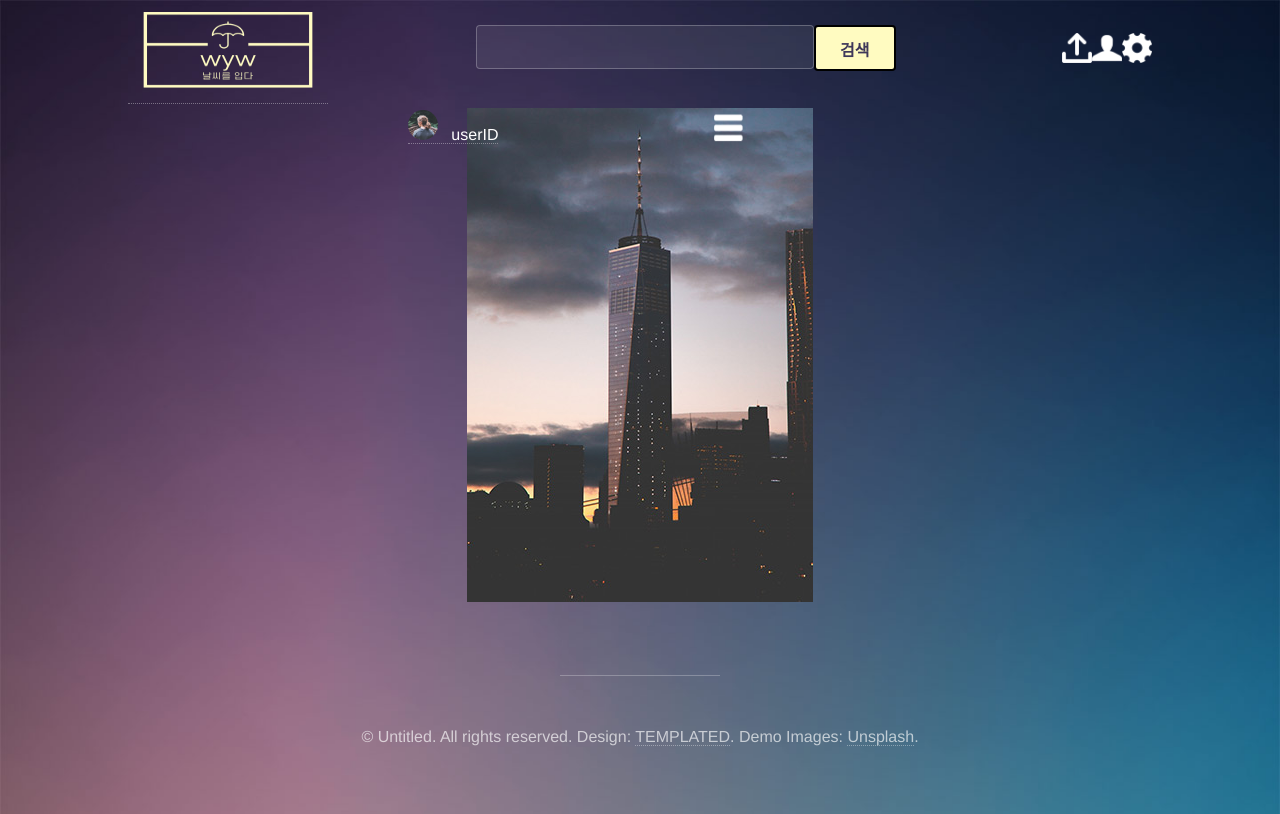
Repository: semo41105/WYW-Project
Page: http://localhost/WYW/StoryPage.jsp
An editor plug-in stored every save of this project. The page is shown before and after the next save, followed by the edit.
The browser window is 1280 px wide. The pictures show the whole page.
Some web fonts or font styles are not loaded; a fallback is used. The page is served by Tomcat 9. Nobody is signed in. The application's start-up code is not run. Other server files are loaded and not shown.

Above is the page before, as saved 2021-03-05 03:45:27.

### WYW/WebContent/StoryPage.jsp
<%@ page language="java" contentType="text/html; charset=UTF-8"
    pageEncoding="UTF-8"%>
<% request.setCharacterEncoding("UTF-8"); %>
<% response.setContentType("text/html; charset=UTF-8"); %>
<!DOCTYPE html>
<html>
	<head>
		<title>StoryPage</title>
		<meta charset="utf-8" />
		<meta name="viewport" content="width=device-width, initial-scale=1" />
		<link rel="stylesheet" href="assets/css/main.css" />
		<!-- Style -->
		<style type="text/css">
			#s0{ float: left; width: 34% }
			#s1{ float: left; width: 33%; padding: 25px 0px 25px 0px }
			#s2{ float: left; width: 100% }
			#s4{ padding: 8px 0px 0px 0px }
			#s6{ float: left; }
			#ask1{
				border: 2px solid black;
				background-color: #fffbc1;
				font-weight: bold;
				color: #3f385a;
			}
			a{ text-decoration: none }
			.avatacon {
			    width: 30px;
			    height: 30px;
			    object-fit: cover;
			    object-position: top;
			    border-radius: 50%;
			}
			#select {
				font-size: 15px;
				background: #ff6382;
				vertical-align: middle;
				text-align-last: center;
				color: #d3d3d3;
			}
		</style>
	<!-- Scripts -->
		<script src="assets/js/jquery.min.js"></script>
		<script src="assets/js/jquery.poptrox.min.js"></script>
		<script src="assets/js/skel.min.js"></script>
		<script src="assets/js/main.js"></script>
		<script type="text/javascript">
			window.onload = function(){
				var h = document.getElementById('hidemenu');
				var op = document.getElementById('viewmenu');
				var opp = document.getElementById('menu');

				op.style.display = 'none';
				opp.style.display = 'none';

				h.onclick = function(){
					h.style.display = 'none';
					op.style.display = '';
					opp.style.display = '';
				}

				op.onclick = function(){
					op.style.display = 'none';
					opp.style.display = 'none';
					h.style.display = '';
				}
			}
		</script>
	</head>
	<body>

		<!-- Wrapper -->
			<div id="wrapper">

				<!-- Header -->
					<header>
						<div id="s0">
							<a href="#">
								<img alt="WYW_날씨를 입다" src="images/logo/logo_wyw_yellow.png" width="200" height="100">
							</a>
						</div>
						<div id="s1"><input type="text"></div>
						<div id="s1">
							<input id="ask1" type="button" value="검색" onclick="">
							<a href="#" class="label">
								<img id="s4" class="icons" src="images/icon/setting.png" alt="setting" align="right" width="30px">
								<img id="s4" class="icons" src="images/icon/user.png" alt="user" align="right" width="30px">
								<img id="s4" class="icons" src="images/icon/up.png" alt="upload" align="right" width="30px">
							</a>
						</div>
						<div id="s2"></div><!-- 위쪽 div 와 아래쪽 div를 나누는 용도 -->
					</header>

				<!-- Main -->
					<section>
							<div style="position: absolute;">
								<div style="position: relative;top: 110px; left: 280px;">
									<a href="#">
								    	<img class="avatacon" src="images/avatar.jpg">
								    	<strong>&nbsp;&nbsp;userID</strong>
							    	</a>
								</div>
								<div style="position: relative;top: 75px; left: 585px;">
									<img id="hidemenu" alt="menu" src="images/icon/menu.png" width="30px">
									<img id="viewmenu" alt="menu" src="images/icon/overmenu.png" width="30px">
								</div>
								<div id="menu" style="position: relative; top: 33px; left: 623px; background-color: #fffbc1; color: black; font-weight: bold;">
									<form name="upload" method="post" action="">
										<table border="1">
											<col width="250">
											<tr>
												<td align="center">
													<select id="select" name="selectloc">
														<option value="">현재 계신 도시를 선택해주세요.</option>
														<option value="seoul">서울특별시</option>
							                            <option value="incheon">인천광역시</option>
							                            <option value="daejeon">대전광역시</option>
							                            <option value="gwangju">광주광역시</option>
							                            <option value="daegu">대구광역시</option>
							                            <option value="ulsan">울산광역시</option>
							                            <option value="busan">부산광역시</option>
							                            <option value="gyeonggi-do">경기도</option>
							                            <option value="gangwon-do">강원도</option>
							                            <option value="chungcheongbuk-do">충청북도</option>
							                            <option value="chungcheongnam-do">충청남도</option>
							                            <option value="jeollabuk-do">전라북도</option>
							                            <option value="jeollanam-do">전라남도</option>
							                            <option value="gyeongsangbuk-do">경상북도</option>
							                            <option value="gyeongsangnam-do">경상남도</option>
							                            <option value="jeju-do">제주도</option>
													</select>
												</td>
											</tr>
											<tr>
												<td align="center">
													<select id="select" name="selectsex">
														<option value="">성별 선택</option>
														<option value="M">남성</option>
														<option value="FM">여성</option>
														<option value="O">그외</option>
													</select>
												</td>
											</tr>
											<tr>
												<td align="center">
													<input name="fname" type="file" value="사진 선택" style="color: black;" accept=".jpg, .jpeg, .png, .gif, .bmp; images/storyimg/*; capture=camera"/>
												</td>
											</tr>
											<tr>
												<td align="center"><input type="submit" style="width: 100%; height: 100%;" value="내용 업로드" onclick=""></td>
											</tr>
										</table>
									</form>
								</div>
							</div>
						    <div id="header">
						    	<img alt="img" src="images/thumbs/01.jpg"/>
						    </div>
					</section>

				<!-- Footer -->
					<footer id="footer">
						<p>&copy; Untitled. All rights reserved. Design: <a href="http://templated.co">TEMPLATED</a>. Demo Images: <a href="http://unsplash.com">Unsplash</a>.</p>
					</footer>

			</div>

	</body>
</html>

Loaded but not shown: WYW/WebContent/assets/js/jquery.min.js (library); WYW/WebContent/assets/js/jquery.poptrox.min.js (library); WYW/WebContent/assets/js/skel.min.js (library); WYW/WebContent/assets/css/font-awesome.min.css (library); WYW/WebContent/assets/js/main.js (142 lines, source omitted); WYW/WebContent/assets/css/main.css (2729 lines, source omitted)

After the next save:
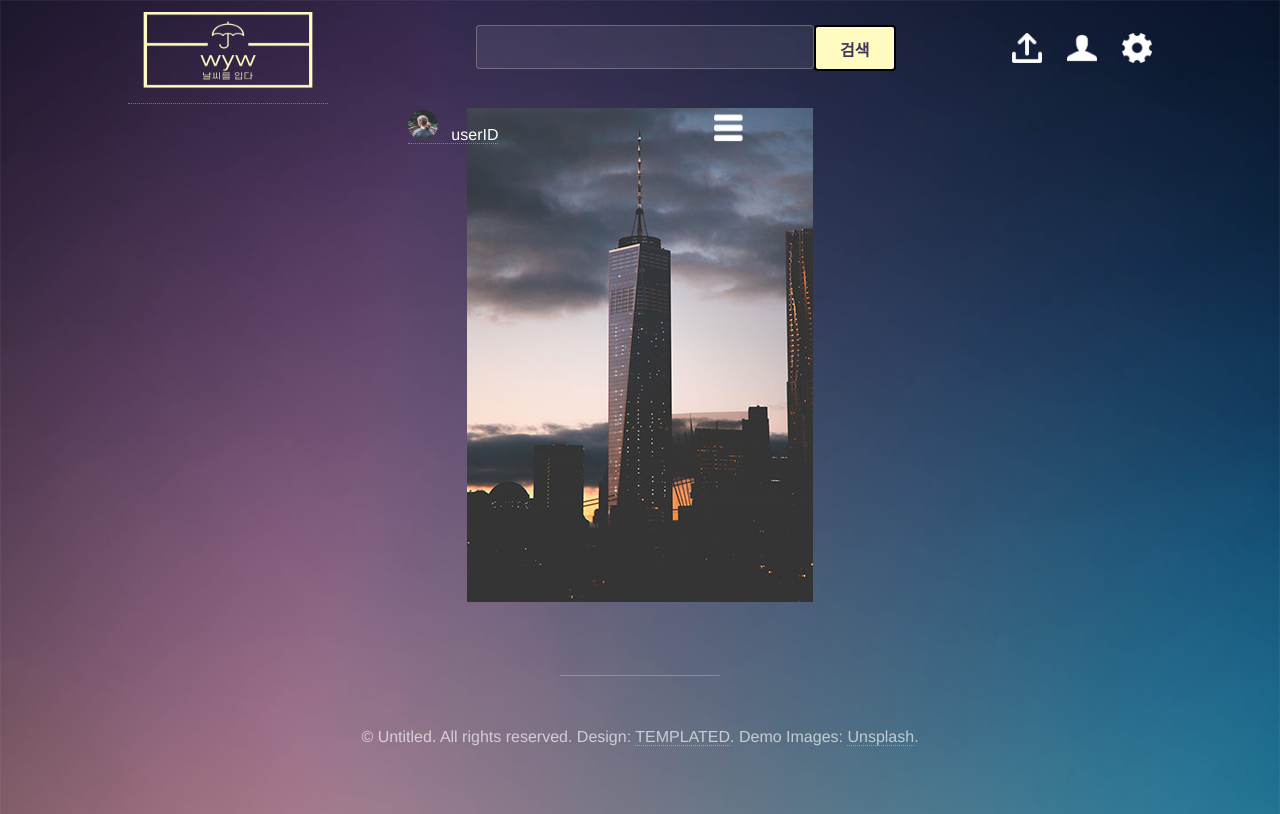
Saved 96 s later.
--- a/WYW/WebContent/StoryPage.jsp
+++ b/WYW/WebContent/StoryPage.jsp
@@ -14,7 +14,7 @@
 			#s0{ float: left; width: 34% }
 			#s1{ float: left; width: 33%; padding: 25px 0px 25px 0px }
 			#s2{ float: left; width: 100% }
-			#s4{ padding: 8px 0px 0px 0px }
+			#s4{ padding: 8px 0px 0px 0px; margin-left: 25px; }
 			#s6{ float: left; }
 			#ask1{
 				border: 2px solid black;
